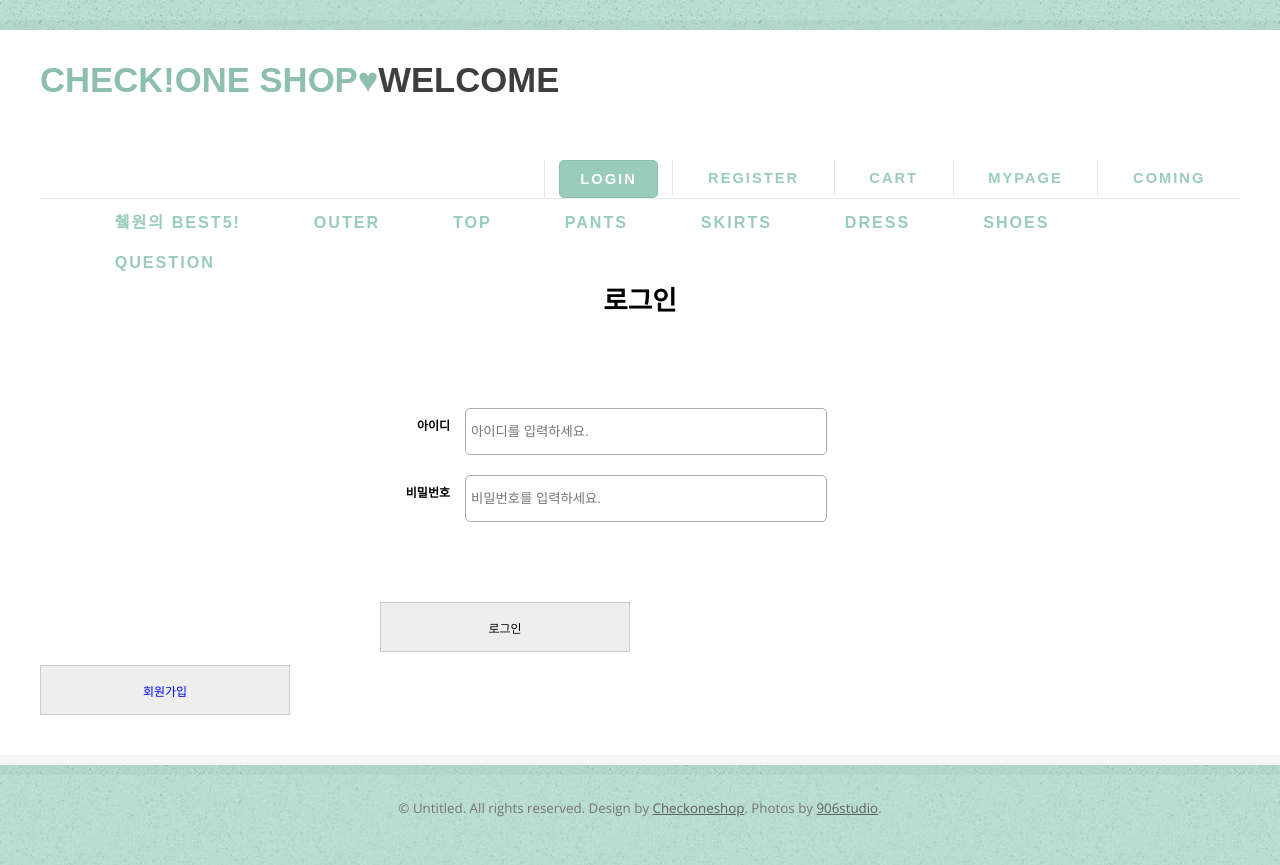
Repository: kch9870/CheckOneShoppingmall
Page: http://localhost/Shoppingmall/Login.jsp
An editor plug-in stored every save of this project. The page is shown before and after the next save, followed by the edit.
The browser window is 1280 px wide. The pictures show the whole page.
Some web fonts or font styles are not loaded; a fallback is used. The page is served by Tomcat 9.

Above is the page before, as saved 2019-06-06 18:59:31.

After the next save:
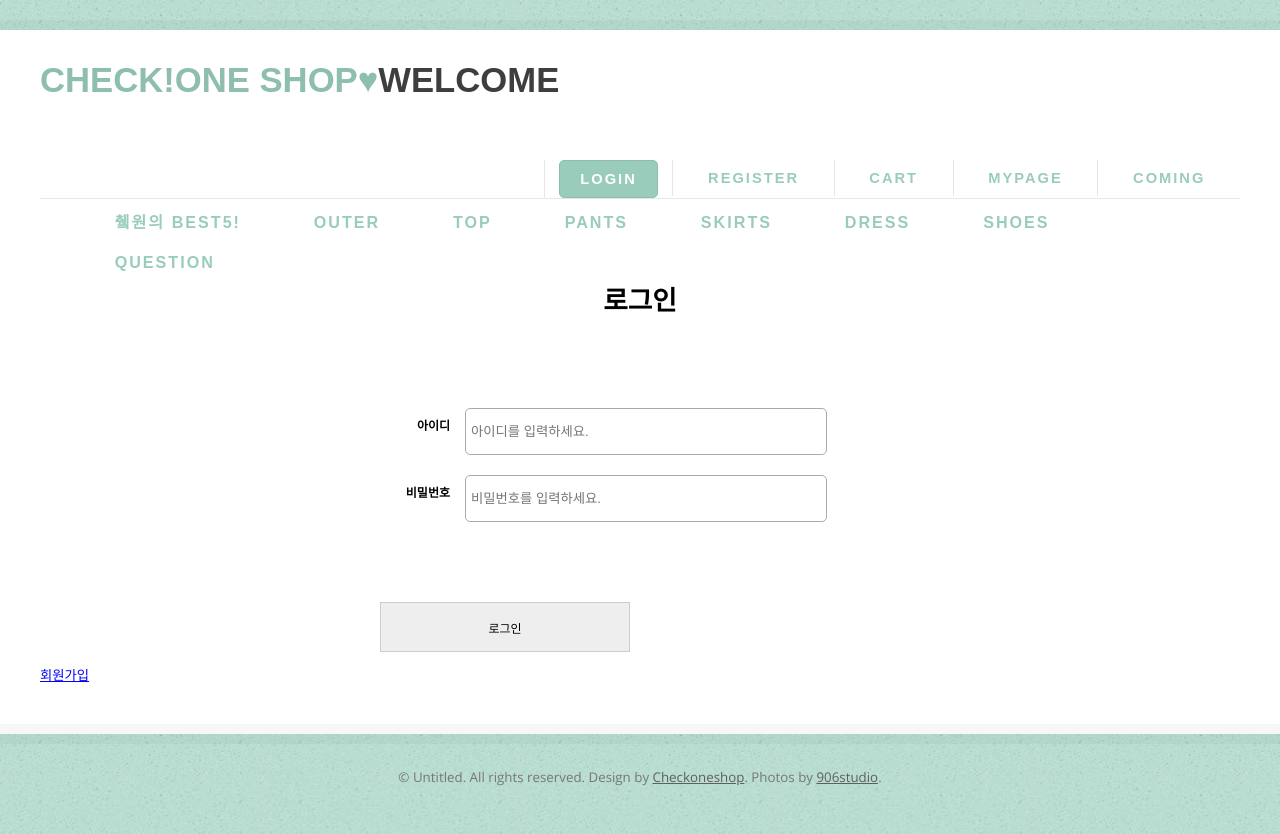
Saved 15 s later.
--- a/Shoppingmall/WebContent/Login.jsp
+++ b/Shoppingmall/WebContent/Login.jsp
@@ -108,7 +108,7 @@
 
 			</ul>
 			</form>
-			<button  class="btn btnGray" href="Register.jsp"><a >회원가입</a></button>
+			<a href="Register.jsp">회원가입</a>
 
 	</div>
 </div>
